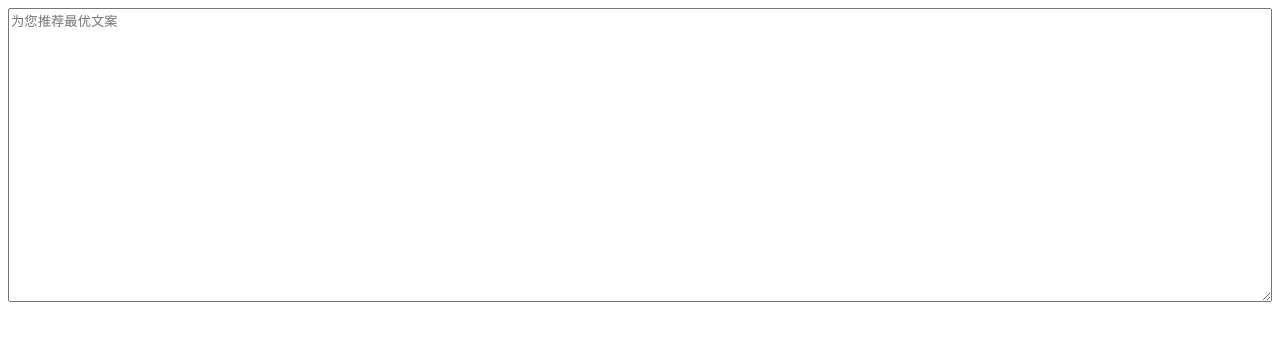
Repository: haohongyang1/cloud-music
Page: /
An editor plug-in stored every save of this project. The page is shown before and after the next save, followed by the edit.
The browser window is 1280 px wide. The pictures show the whole page.
The page's requests for data from a server got no answer. The project was rebuilt for these pictures with package versions that can differ from the ones it lists, and the page was loaded fresh each time. No one was signed in, and anything a server would have sent is missing.

Above is the page before, as saved 2023-07-10 14:02:32.

After the next save:
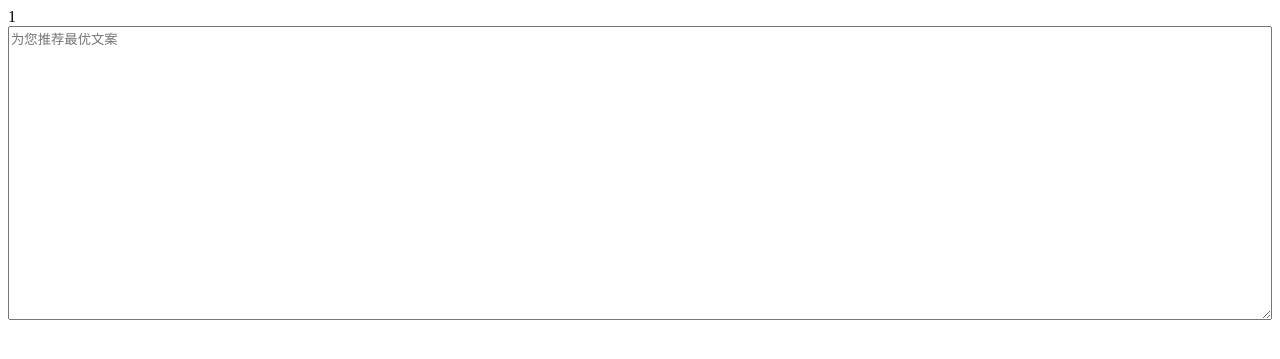
Saved 20 s later.
--- a/src/App.js
+++ b/src/App.js
@@ -4,6 +4,7 @@ import AnswerFromGpt from './components/AnswerFromGpt';
 function App() {
   return (
     <div className="App">
+      <div>1</div>
       <AnswerFromGpt></AnswerFromGpt>
     </div>
   );
